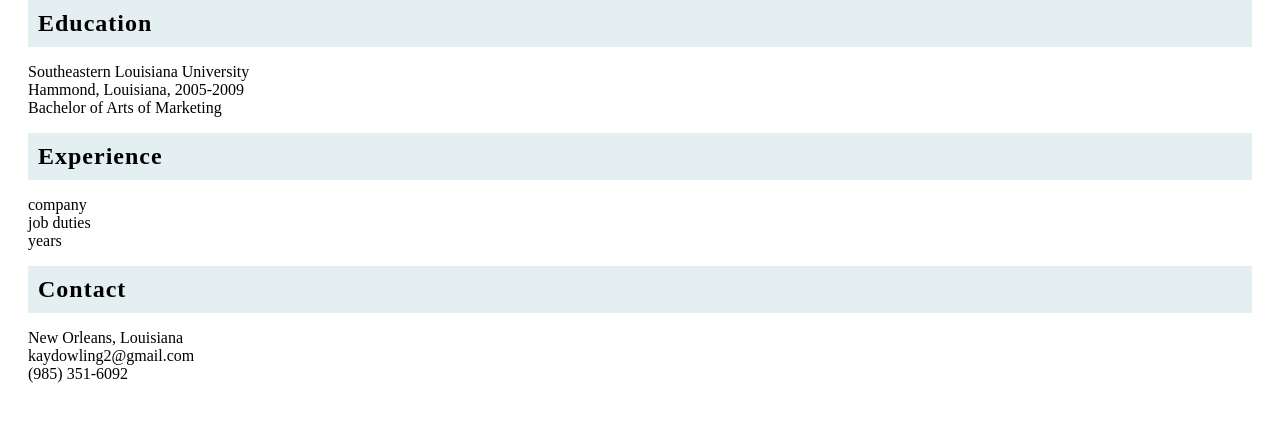
Repository: kayladowling/jekyll_website
Page: home.html
The author's editor kept a record of every edit. The page is drawn from the files as they stood at one moment, then again after the next edit.
The browser window is 1280 px wide. The pictures show the part of the page from y = 403 to 880 px (the page is 830 px tall before and 880 px after).

Above is the page before.

After the next edit:
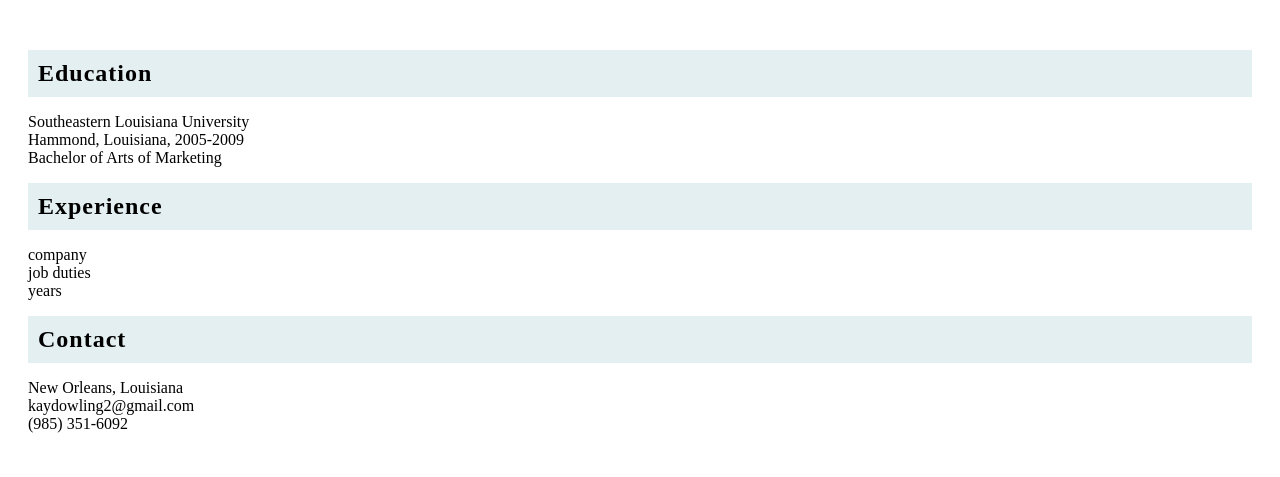
The edit:
--- a/css/home.css
+++ b/css/home.css
@@ -10,7 +10,7 @@
     padding: 150px 0px 150px 0px;
     background-position: 60% 50%;
     background-repeat: no-repeat;
-    margin:0;
+    margin-bottom: 50px;
 
 }
 
